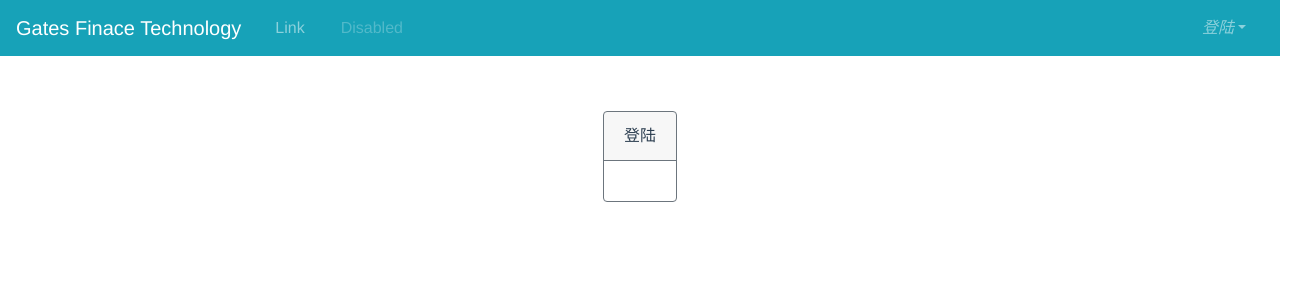
Repository: sqsssq/GatesFinace
Page: /login (app in webview/)
These files come from the project's save history. The page is drawn as it stood at one moment and after the next save; the edit follows.
The browser window is 1280 px wide. The page is 1295 px wide, so the pictures cover 1295 px, including what lies to the right of the window. The pictures show the whole page.
The project was rebuilt for these pictures with package versions that can differ from the ones it lists, and the page was loaded fresh each time. Also part of the build but not shown: webview/src/components/HelloWorld.vue, webview/src/views/Home.vue, webview/src/components/gatesCarousel.vue, webview/src/views/main.vue.

Above is the page before, as saved 2020-11-03 16:22:25.

### webview/public/index.html
<!DOCTYPE html>
<html lang="en">
  <head>
    <meta charset="utf-8">
    <meta http-equiv="X-UA-Compatible" content="IE=edge">
    <meta name="viewport" content="width=device-width,initial-scale=1.0">
    <link rel="icon" href="<%= BASE_URL %>favicon.ico">
    <title><%= htmlWebpackPlugin.options.title %></title>
    <style>
      html, body{ margin:0; height:100%; }
    </style>
  </head>
  <body>
    <noscript>
      <strong>We're sorry but <%= htmlWebpackPlugin.options.title %> doesn't work properly without JavaScript enabled. Please enable it to continue.</strong>
    </noscript>
    <div id="app"></div>
    <!-- built files will be auto injected -->
  </body>
</html>

### webview/src/main.js
import Vue from 'vue'
import App from './App.vue'
import router from './router'
import store from './store'
import ElementUI from 'element-ui'
import 'element-ui/lib/theme-chalk/index.css'
import 'element-ui/lib/theme-chalk/base.css'
import { BootstrapVue, IconsPlugin } from 'bootstrap-vue'
import 'bootstrap/dist/css/bootstrap.css'
import 'bootstrap-vue/dist/bootstrap-vue.css'

Vue.config.productionTip = false
Vue.use(ElementUI);
Vue.use(BootstrapVue);
Vue.use(IconsPlugin);

new Vue({
  router,
  store,
  render: h => h(App)
}).$mount('#app')

### webview/src/App.vue
<template>
  <div id="app">
    <!-- <div id="nav">
      <router-link to="/">Home</router-link> |
      <router-link to="/about">About</router-link>
    </div> -->
    <router-view/>
  </div>
</template>

<style lang="stylus">
#app
  font-family Avenir, Helvetica, Arial, sans-serif
  -webkit-font-smoothing antialiased
  -moz-osx-font-smoothing grayscale
  text-align center
  color #2c3e50
  margin-top 0px
  height 100%
</style>

### webview/src/router/index.js
import Vue from 'vue'
import VueRouter from 'vue-router'
import Home from '../views/Home.vue'
import Main from '../views/main.vue'
import Login from '../views/login.vue'

Vue.use(VueRouter)

const routes = [
  {
    path: '/',
    name: 'Home',
    component: Home
  },
  {
    path: '/about',
    name: 'About',
    // route level code-splitting
    // this generates a separate chunk (about.[hash].js) for this route
    // which is lazy-loaded when the route is visited.
    component: () => import(/* webpackChunkName: "about" */ '../views/About.vue')
  },
  {
    path: '/main',
    name: 'Main',
    component: Main
  },
  {
    path: '/login',
    name: 'Login',
    component: Login
  }
]

const router = new VueRouter({
  mode: 'history',
  base: process.env.BASE_URL,
  routes
})

export default router

### webview/src/views/login.vue
<!--
 * @Author: your name
 * @Date: 2020-11-01 17:40:45
 * @LastEditTime: 2020-11-03 08:31:04
 * @LastEditors: Please set LastEditors
 * @Description: In User Settings Edit
 * @FilePath: \webview\src\views\main.vue
-->
<template>
  <div class="container-fiuled" style="height: 100%;">
    <!-- <img alt="Vue logo" src="../assets/logo.png"> -->
    <!-- <HelloWorld msg="Welcome to Your Vue.js App" style="height:100%"/> -->
    <gatesNavbar />
    <div class="row" style="margin-top: 5px;">
      <div class="col"  style="padding-left: 0px; padding-right: 0px;">
      </div>
      <gatesLogin style="margin-top: 50px;"/>
      <div class="col"  style="padding-left: 0px; padding-right: 0px;">
      </div>
    </div>
  </div>
</template>

<script>
// @ is an alias to /src
import HelloWorld from '@/components/HelloWorld.vue'
import gatesNavbar from '@/components/gatesNavbar.vue'
import gatesLogin from '@/components/gatesLogin.vue'

export default {
  name: 'Home',
  components: {
    gatesNavbar,
    gatesLogin
  }
}
</script>

### webview/src/components/gatesNavbar.vue
<!--
 * @Author: your name
 * @Date: 2020-10-31 09:19:12
 * @LastEditTime: 2020-11-03 08:32:14
 * @LastEditors: Please set LastEditors
 * @Description: In User Settings Edit
 * @FilePath: \webview\src\components\HelloWorld.vue
-->
<template>
  <div>
    <b-navbar
      toggleable="lg"
      type="dark"
      variant="info"
    >
      <b-navbar-brand href="/main">Gates Finace Technology</b-navbar-brand>

      <b-navbar-toggle target="nav-collapse"></b-navbar-toggle>

      <b-collapse
        id="nav-collapse"
        is-nav
      >
        <b-navbar-nav>
          <b-nav-item href="#">Link</b-nav-item>
          <b-nav-item
            href="#"
            disabled
          >Disabled</b-nav-item>
        </b-navbar-nav>

        <!-- Right aligned nav items -->
        <b-navbar-nav class="ml-auto">
          <!-- <b-nav-form style="padding-top: 2px">
            <b-form-input
              size="sm"
              class="mr-sm-2"
              placeholder="Search"
            ></b-form-input>
            <b-button
              size="sm"
              class="my-2 my-sm-0"
              type="submit"
            >Search</b-button>
          </b-nav-form> -->

          <!-- <b-nav-item-dropdown text="Lang" right>
          <b-dropdown-item href="#">EN</b-dropdown-item>
          <b-dropdown-item href="#">ES</b-dropdown-item>
          <b-dropdown-item href="#">RU</b-dropdown-item>
          <b-dropdown-item href="#">FA</b-dropdown-item>
        </b-nav-item-dropdown> -->

          <b-nav-item-dropdown right>
            <!-- Using 'button-content' slot -->
            <template #button-content>
              <em>{{username == '' ? '登陆' : username}}</em>
            </template>
            <b-dropdown-item href="/login">登陆</b-dropdown-item>
            <b-dropdown-item href="#">注册</b-dropdown-item>
            <b-dropdown-item href="#">登出</b-dropdown-item>
          </b-nav-item-dropdown>
        </b-navbar-nav>
      </b-collapse>
    </b-navbar>
  </div>
</template>

<script>
import axios from 'axios';
export default {
  name: 'gatesNavbar',
  // props: {
  //   msg: String
  // }
  data () {
    return {
      username: ''
    }
  },
  methods: {
  },
  created () {
    // console.log(2);
    // this.getmsg();
  },
  mounted () {

    // this.createLogo();
  }
}
</script>

<!-- Add "scoped" attribute to limit CSS to this component only -->
<style scoped lang="stylus">
h3 {
  letter-spacing: 3px;
  color: #fff;
  font-weight: 500;
  margin-bottom: 10px;
  margin-top: 10px;
  font-size: 15px;
}

h2 {
  margin-top: 10px;
  color: #fff;
  letter-spacing: 10px;
  // font-size: 40px
  font-size: 20px;
}

ul {
  list-style-type: none;
  padding: 0;
}

li {
  display: inline-block;
  margin: 0 10px;
}

a {
  color: #42b983;
}
</style>

### webview/src/components/gatesLogin.vue
<!--
 * @Author: your name
 * @Date: 2020-10-31 09:19:12
 * @LastEditTime: 2020-11-03 08:32:14
 * @LastEditors: Please set LastEditors
 * @Description: In User Settings Edit
 * @FilePath: \webview\src\components\HelloWorld.vue
-->
<template>
  <div>
    <b-card
        border-variant="secondary"
        header="登陆"
        header-border-variant="secondary"
        align="center"
      >
        <!-- <b-card-text>Lorem ipsum dolor sit amet, consectetur adipiscing elit.</b-card-text> -->
      </b-card>

  </div>
</template>

<script>
import axios from 'axios';
export default {
  name: 'gatesLogin',
  // props: {
  //   msg: String
  // }
  data () {
    return {
      username: ''
    }
  },
  methods: {
  },
  created () {
    // console.log(2);
    // this.getmsg();
  },
  mounted () {

    // this.createLogo();
  }
}
</script>

<!-- Add "scoped" attribute to limit CSS to this component only -->
<style scoped lang="stylus">

</style>

Loaded but not shown: webview/src/store/index.js (common file)

After the next save:
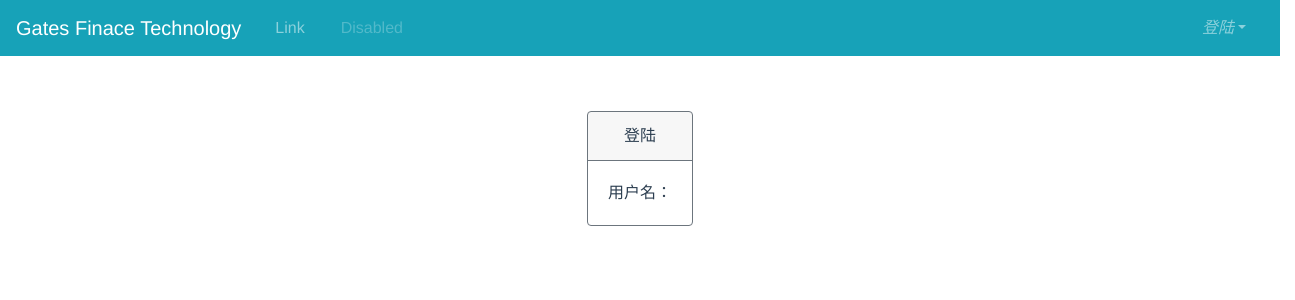
Saved 11 s later.
--- a/webview/src/components/gatesLogin.vue
+++ b/webview/src/components/gatesLogin.vue
@@ -15,6 +15,7 @@
         align="center"
       >
         <!-- <b-card-text>Lorem ipsum dolor sit amet, consectetur adipiscing elit.</b-card-text> -->
+        用户名：
       </b-card>
 
   </div>
